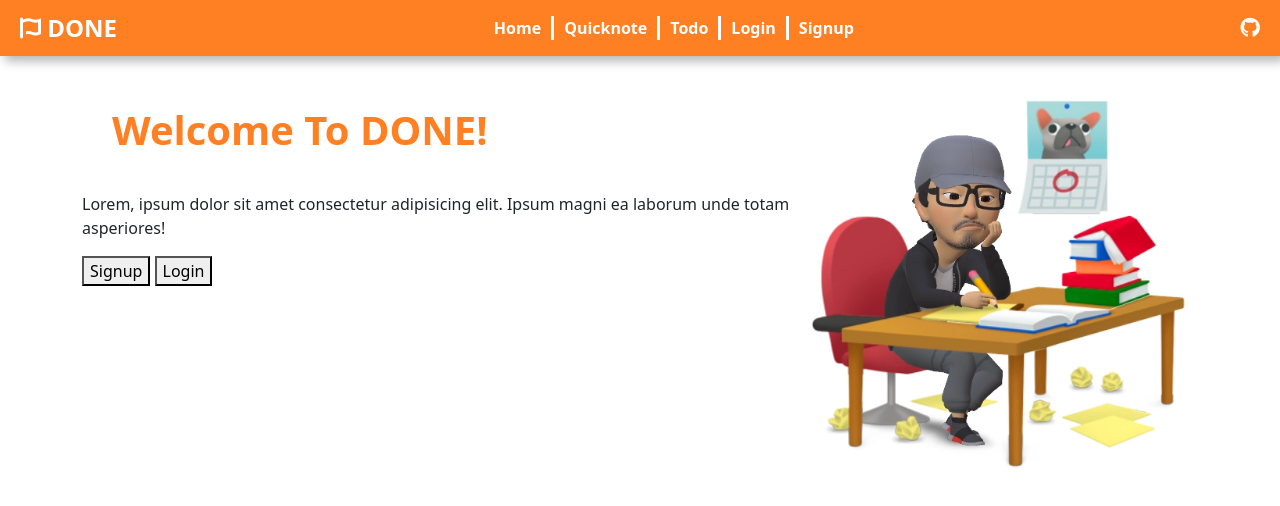
Repository: OmarEssameldinMousa/DONE
Page: index.html
The author's editor kept a copy of each file at every save. The page is drawn from the files as they stood at one save, then again after the next save.
The browser window is 1280 px wide. The pictures show the whole page.
Some web fonts or font styles are not loaded; a fallback is used.

Above is the page before, as saved 2023-12-15 23:00:04.

### index.html
<!DOCTYPE html>
<html lang="en">

<head>
    <meta charset="UTF-8">
    <meta name="viewport" content="width=device-width, initial-scale=1.0">
    <title>Home</title>
    <!-- Main Template CSS File -->
    <link rel="stylesheet" href="CSS/styles.css">
    <!-- Render and Normalize the ELements -->
    <link rel="stylesheet" href="CSS/normalize.css">
    <!-- Font Awsome Library -->
    <link rel="stylesheet" href="CSS/all.min.css">
    <!-- google fonts -->
    <link rel="preconnect" href="https://fonts.googleapis.com">
    <link rel="preconnect" href="https://fonts.gstatic.com" crossorigin>
    <link
        href="https://fonts.googleapis.com/css2?family=Kablammo&family=Work+Sans:wght@200;300;400;500;600;800&display=swap"
        rel="stylesheet">
    <!-- including bootstrap library -->
    <link href="https://cdn.jsdelivr.net/npm/bootstrap@5.3.2/dist/css/bootstrap.min.css" rel="stylesheet"
        integrity="sha384-T3c6CoIi6uLrA9TneNEoa7RxnatzjcDSCmG1MXxSR1GAsXEV/Dwwykc2MPK8M2HN" crossorigin="anonymous">

</head>

<body>
    <header>
        <nav>
            <!-- Logo with Font Awesome Icon -->
            <div class="logo">
                <i class="fab fa-font-awesome-flag"></i> DONE
            </div>

            <!-- Left-side Navigation Links -->
            <ul>
                <li><a href="#">Home</a></li>
                <li><a href="#">Quicknote</a></li>
                <li><a href="mytasks.html">Todo</a></li>
                <li><a href="#">Login</a></li>
                <li><a href="#">Signup</a></li>
            </ul>

            <!-- Right-side GitHub Icon -->
            <div class="github-icon">
                <a rel="" href="https://github.com/yourusername" target="_blank">
                    <i class="fab fa-github" style="color: white;"></i>
                </a>
            </div>
        </nav>

        <div class="container">
            <div class="landing">

                <div class="landingtext">
                    <h1>Welcome To DONE!</h1>
                    <p>Lorem, ipsum dolor sit amet consectetur adipisicing elit. Ipsum magni ea laborum unde totam
                        asperiores!</p>
                    <div class="buttons">
                        <button class="Signup">Signup</button>
                        <button class="Login">Login</button>
                    </div>
                </div>

                <div class="logoimage">
                    <img src="images/omar.png" alt="">
                </div>
            </div>
        </div>


    </header>


    <script src="https://cdn.jsdelivr.net/npm/bootstrap@5.3.2/dist/js/bootstrap.bundle.min.js"
        integrity="sha384-C6RzsynM9kWDrMNeT87bh95OGNyZPhcTNXj1NW7RuBCsyN/o0jlpcV8Qyq46cDfL"
        crossorigin="anonymous"></script>
</body>

</html>

### CSS/styles.css
/* Start Variables */
:root{
    --main-color: rgba(235, 235, 235, 0.6);
    --secondery-color: #ff7f23;
    --third-color:#333;
}
/* End Variables */
/* Special Heading */
.special-heading{
    color: #ebeced;
    font-size: 100px;
    text-align: center;
    font-weight: 800;
    letter-spacing: -3px;
    margin: 0;

}
.special-heading + p{
    margin-top: -30px;
    text-align: center;
    font-size: 20px;
    color: #797979;
}
/* End Special Heading */
/* Start Global Rules */
*{
    -webkit-box-sizing: border-box;
    -moz-box-sizing: border-box;
    box-sizing: border-box;
}

body{
    font-family: 'Kablammo', cursive;
    font-family: 'Work Sans', sans-serif;

}

.container{
    padding-left: 15px;
    padding-right: 15px;
    margin-left: auto;
    margin-right: auto;
    background-color: #fff;
    margin: auto;
    width: 600px;
}

/*very small screens*/
@media (max-width: 767px){
    .container{
        .special-heading{
            font-size: 60px;
        }
        .special-heading + p{
            margin-top: -20px;
        }
        width: 390px;
    }
}
/*small screens*/
@media (min-width: 768px){
    .container{
        width: 750px;
    }
}
/*Medium screens*/
@media (min-width: 992px){
    .container{
        width: 970px;
    }
}
/*Large screens*/
@media (min-width: 1200px){
    .container{
        width: 1170px;
    }
}
/* End Global Rules */


html{
    scroll-behavior: smooth;
}
/* navigation bar */

nav {
    background-color:  var(--secondery-color);
    color: white;
    display: flex;
    align-items: center;
    justify-content: space-between;
    padding: 10px 20px;
    box-shadow: 5px 5px 10px rgba(0, 0, 0, 0.3);
}
nav ul {
    list-style: none;
    margin: 0;
    padding: 0;
    display: flex;
}
nav ul li {
    margin-right: 10px;
    font-weight: bold;
}
nav ul li:not(:last-child) {
    border-right: solid 3px white;
    padding-right: 10px;
}
nav ul li a {
    text-decoration: none;
    color: white;
}
nav ul li a:hover {
    color: var(--main-color); /* Change color on hover */
}
.logo {
    font-size: 24px;
    font-weight: bold;
}
.github-icon {
    font-size: 20px;
    color: white;
}
.landing{
    width: 100%;
    height: 70vh;
    background-color: none;
    display: flex;
    flex-direction: row;
    margin-top: 20px;
}

.landing h1{
    color: var(--secondery-color);
    font-weight: 900;
    padding: 30px;
}

.landing .logoimage img{
    width: 400px;
}

Loaded but not shown: CSS/normalize.css (library); CSS/all.min.css (library)

After the next save:
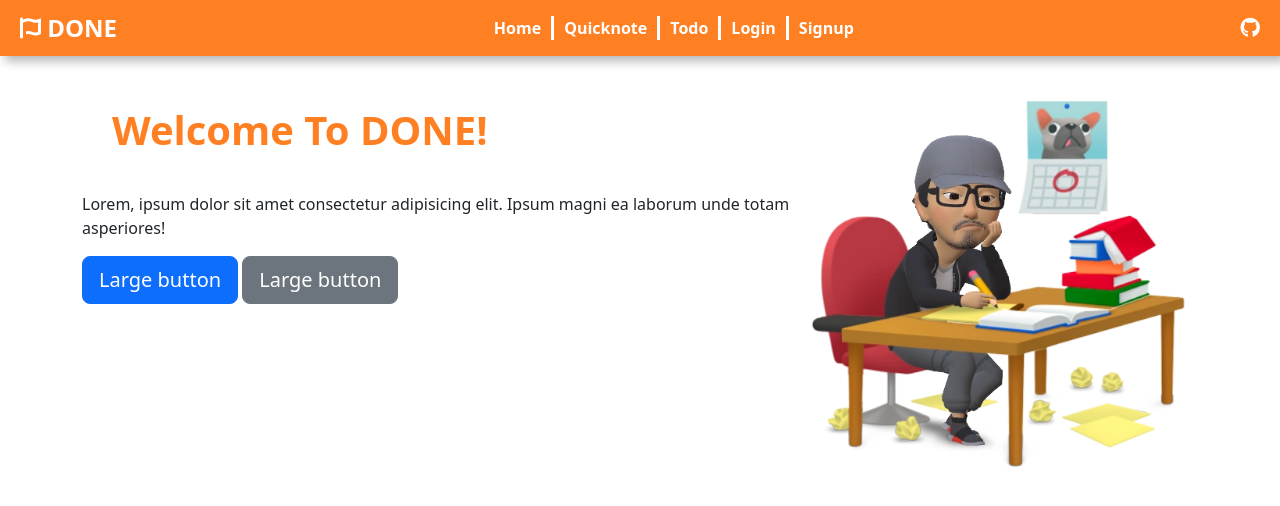
Saved 63 s later.
--- a/index.html
+++ b/index.html
@@ -56,8 +56,8 @@
                     <p>Lorem, ipsum dolor sit amet consectetur adipisicing elit. Ipsum magni ea laborum unde totam
                         asperiores!</p>
                     <div class="buttons">
-                        <button class="Signup">Signup</button>
-                        <button class="Login">Login</button>
+                        <button type="button" class="btn btn-primary btn-lg">Large button</button>
+                        <button type="button" class="btn btn-secondary btn-lg">Large button</button>
                     </div>
                 </div>
 
